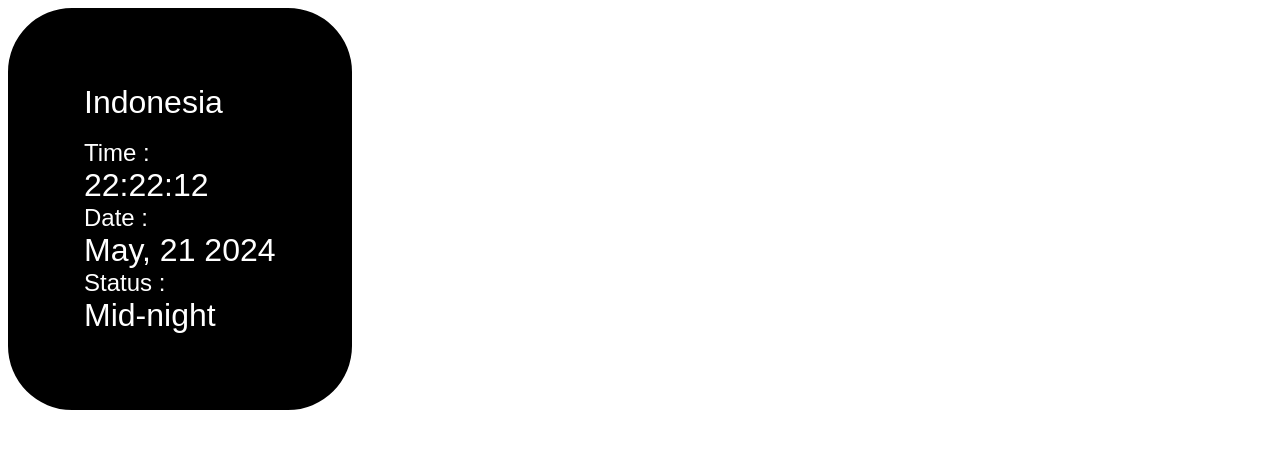
Repository: SnakeXrnt/notion-clock
Page: indonesia.html
These files come from the project's save history. The page is drawn as it stood at one moment and after the next save; the edit follows.
The browser window is 1280 px wide. The pictures show the whole page.

Above is the page before, as saved 2024-05-21 16:16:25.

### indonesia.html
<!DOCTYPE html>
<html lang="en">
<head>
    <meta charset="UTF-8">
    <meta name="viewport" content="width=device-width, initial-scale=1.0">
    <title>Indonesia</title>
    <link rel="preconnect" href="https://fonts.googleapis.com">
    <link rel="preconnect" href="https://fonts.gstatic.com" crossorigin>
    <link href="https://fonts.googleapis.com/css2?family=Merriweather:ital,wght@0,300;0,400;0,700;0,900;1,300;1,400;1,700;1,900&display=swap" rel="stylesheet">
    <style>
        h1, h2, h3 {
            margin: 0px;
            font-family: "Fira Sans", sans-serif;
            font-weight: 400;
            font-style: normal;
            color: white;
        }



        .box {
            display: flex;
            flex-direction: column;
            width: max-content;
            height: max-content;
            border: 6vw solid rgb(0, 0, 0);
            background-color: rgb(0, 0, 0);
            border-radius: 5vw;

        }
    </style>
    <script>
        function updateTime() {
            const timeElement = document.querySelector('.time');
            const dateElement = document.querySelector('.date');
            const statusElement = document.querySelector('.status');

            const now = new Date();
            const options = { timeZone: 'Asia/Jakarta' };
            const jakartaTime = new Date(now.toLocaleString('en-US', options));

            const hours = jakartaTime.getHours();
            const minutes = jakartaTime.getMinutes();
            const seconds = jakartaTime.getSeconds();

            timeElement.innerHTML = `${hours}:${minutes < 10 ? '0' : ''}${minutes}<span class="blink">:</span>${seconds < 10 ? '0' : ''}${seconds}`;

            const monthNames = ["January", "February", "March", "April", "May", "June", "July", "August", "September", "October", "November", "December"];
            const month = monthNames[jakartaTime.getMonth()];
            const date = jakartaTime.getDate();
            const year = jakartaTime.getFullYear();

            dateElement.innerHTML = `${month}, ${date} ${year}`;

            const hourOfDay = jakartaTime.getHours();
            let status = '';
            if (hourOfDay >= 5 && hourOfDay < 12) {
                status = 'Morning';
            } else if (hourOfDay >= 12 && hourOfDay < 15) {
                status = 'Mid-day';
            } else if (hourOfDay >= 15 && hourOfDay < 18) {
                status = 'Afternoon';
            } else if (hourOfDay >= 18 && hourOfDay < 21) {
                status = 'Evening';
            } else {
                status = 'Mid-night';
            }

            statusElement.innerHTML = status;

            // Toggle blink class
            const blinkElements = document.querySelectorAll('.blink');
            blinkElements.forEach(element => {
                element.classList.toggle('hidden');
            });
        }

        setInterval(updateTime, 1000); // Update every second
    </script>
</head>
<body>
    <div class="box">
        <h1>Indonesia</h1>
        <br>
        <h2>Time :</h2>
        <h1 class="time"></h1>
        <h2>Date :</h2>
        <h1 class="date"></h1>
        <h2>Status : </h2>
        <h1 class="status"></h1>

    </div>
</body>
</html>

After the next save:
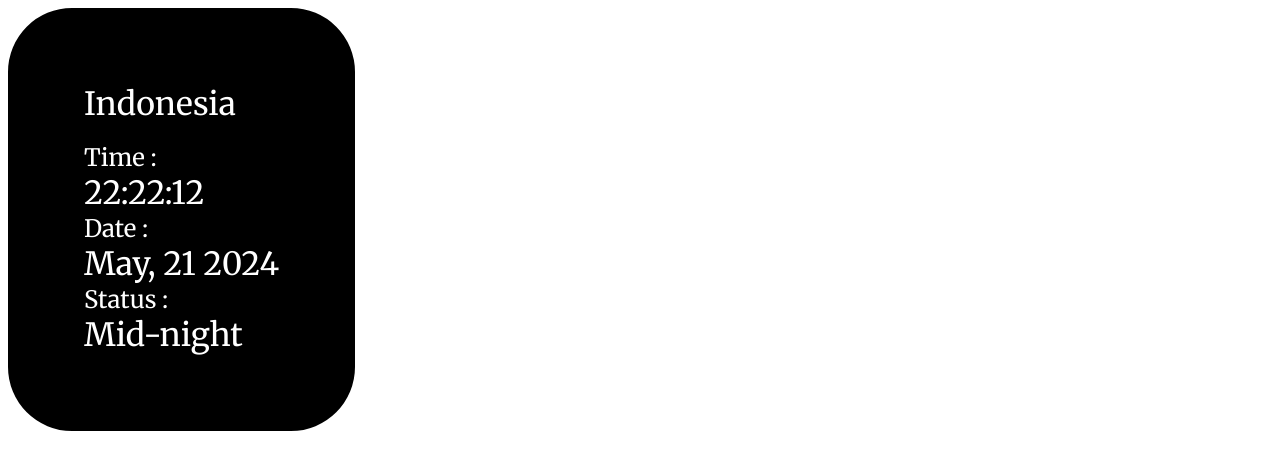
Saved 30 s later.
--- a/indonesia.html
+++ b/indonesia.html
@@ -10,7 +10,7 @@
     <style>
         h1, h2, h3 {
             margin: 0px;
-            font-family: "Fira Sans", sans-serif;
+            font-family: "Merriweather", serif;
             font-weight: 400;
             font-style: normal;
             color: white;
